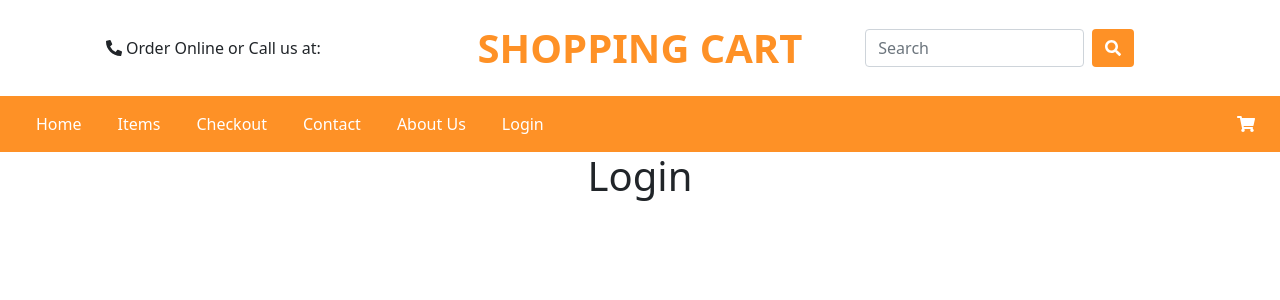
Repository: SaudCh/React-Ecommerce
Page: /login
The author's editor kept a copy of each file at every save. The page is drawn from the files as they stood at one save, then again after the next save.
The browser window is 1280 px wide. The pictures show the whole page.
The project was rebuilt for these pictures with package versions that can differ from the ones it lists, and the page was loaded fresh each time. Also part of the build but not shown: src/App.css, src/Home/Carousel.jsx, src/Home/home.jsx.

Above is the page before, as saved 2021-12-05 19:11:18.

### src/App.js
import "./App.css";
import Header from "./Header/Header";
import "../node_modules/bootstrap/dist/css/bootstrap.min.css";
import "../node_modules/bootstrap/dist/js/bootstrap.bundle.min";
import Home from "./Home/home.jsx";
import { BrowserRouter, Switch, Route } from "react-router-dom";
import Login from "./Login/Login";

function App() {
  return (
    <BrowserRouter>
      <Header />
      <Switch>
        <Route path="/" exact>
          <Home />
        </Route>
        <Route path="/login" exact>
          <Login />
        </Route>
      </Switch>
    </BrowserRouter>
  );
}

export default App;

### src/Header/Header.jsx
import {
  faPhoneAlt,
  faSearch,
  faShoppingCart,
} from "@fortawesome/free-solid-svg-icons";
import { FontAwesomeIcon } from "@fortawesome/react-fontawesome";
import React from "react";
import { Link } from "react-router-dom";
import "./Header.css";

export default function Header() {
  return (
    <div>
      <nav className="container-fluid  my-4">
        <div className="row align-items-center">
          <div className="col-12 col-md-4 my-2 my-lg-0 text-center ">
            <p className="m-0 p-0">
              <FontAwesomeIcon icon={faPhoneAlt} /> Order Online or Call us at:{" "}
            </p>
          </div>
          <div className="col-12 col-md-4 my-2 my-lg-0 text-center">
            <p className="m-0 fw-bold h1" style={{ color: "#fe9126" }}>
              SHOPPING CART
            </p>
          </div>
          <div className="col-12 col-md-4 my-2 my-lg-0 text-center">
            <form class="d-flex col-12 col-lg-8">
              <input
                class="form-control me-2"
                type="search"
                placeholder="Search"
                aria-label="Search"
              />
              <button
                class="btn text-white"
                style={{ backgroundColor: "#fe9126" }}
                type="submit"
              >
                <FontAwesomeIcon icon={faSearch} />
              </button>
            </form>
          </div>
        </div>
      </nav>
      <nav
        class="navbar navbar-expand-md navbar-dark"
        style={{ backgroundColor: "#fe9126" }}
      >
        <div class="container-fluid">
          <Link class="navbar-brand" href="#"></Link>

          <button
            class="navbar-toggler"
            type="button"
            data-bs-toggle="collapse"
            data-bs-target="#navbarSupportedContent"
            aria-controls="navbarSupportedContent"
            aria-expanded="false"
            aria-label="Toggle navigation"
          >
            <span class="navbar-toggler-icon"></span>
          </button>
          <div class="collapse navbar-collapse" id="navbarSupportedContent">
            <ul class="navbar-nav me-auto mb-2 mb-lg-0 nav-ul">
              <li class="nav-item">
                <Link class="nav-link  text-white" aria-current="page" to="/">
                  Home
                </Link>
              </li>
              <li class="nav-item">
                <Link class="nav-link  text-white" to="#">
                  Items
                </Link>
              </li>

              <li class="nav-item">
                <Link
                  class="nav-link text-white"
                  to="#"
                  tabindex="-1"
                  aria-disabled="true"
                >
                  Checkout
                </Link>
              </li>
              <li class="nav-item">
                <Link
                  class="nav-link text-white"
                  to="#"
                  tabindex="-1"
                  aria-disabled="true"
                >
                  Contact
                </Link>
              </li>
              <li class="nav-item">
                <Link
                  class="nav-link text-white"
                  to="#"
                  tabindex="-1"
                  aria-disabled="true"
                >
                  About Us
                </Link>
              </li>
              <li class="nav-item">
                <Link
                  class="nav-link text-white"
                  to="/login"
                  tabindex="-1"
                  aria-disabled="true"
                >
                  Login
                </Link>
              </li>
            </ul>
            <button className="btn text-white">
              <FontAwesomeIcon icon={faShoppingCart} />
            </button>
          </div>
        </div>
      </nav>
    </div>
  );
}

### src/Login/Login.jsx
import React from "react";

export default function Login() {
  return (
    <div className="text-center">
      <p className="p-0 m-0 h1">Login</p>
    </div>
  );
}

### src/Header/Header.css
.nav-ul li {
  margin-right: 20px;
}

Loaded but not shown: public/index.html (common file); src/index.js (common file); src/reportWebVitals.js (common file)

After the next save:
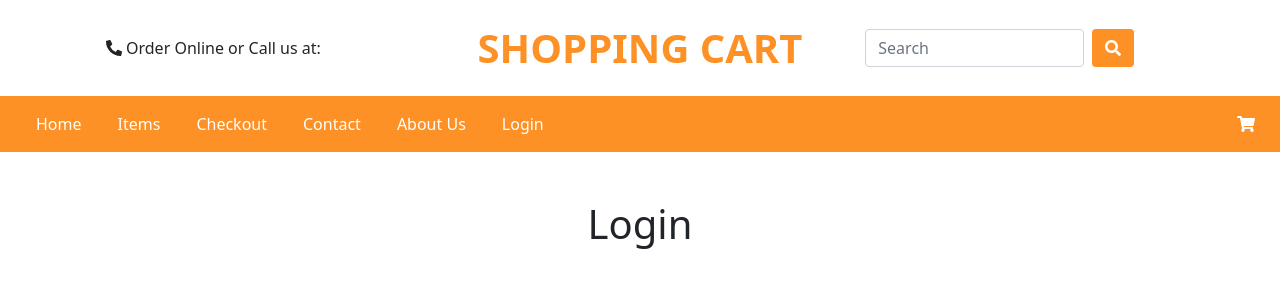
Saved 5 s later.
--- a/src/Login/Login.jsx
+++ b/src/Login/Login.jsx
@@ -2,7 +2,7 @@ import React from "react";
 
 export default function Login() {
   return (
-    <div className="text-center">
+    <div className="text-center p-5">
       <p className="p-0 m-0 h1">Login</p>
     </div>
   );
